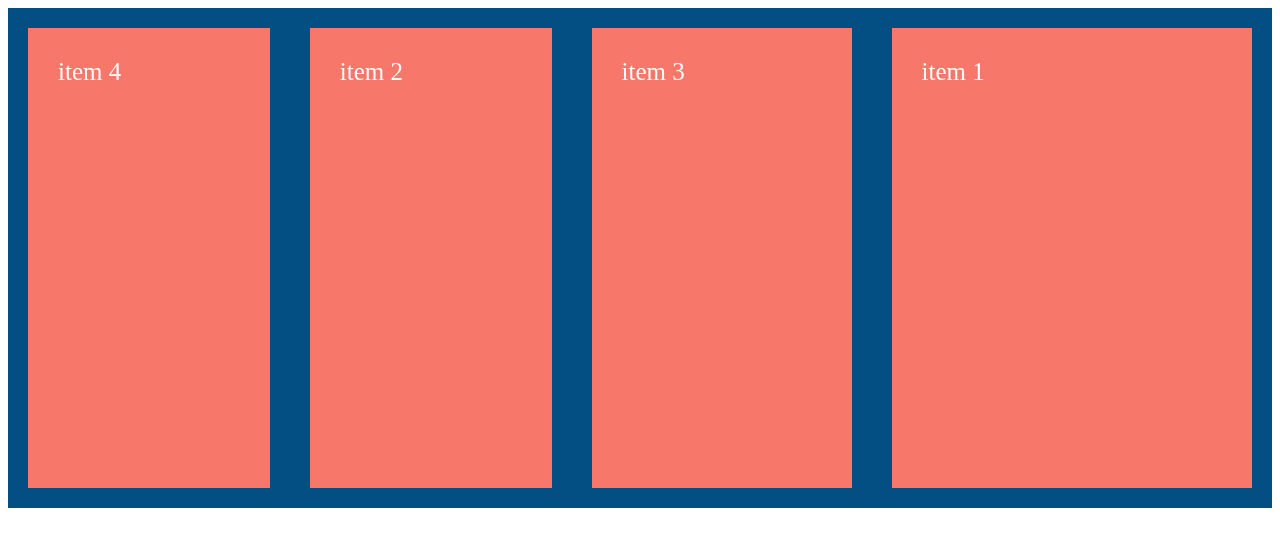
Repository: mehmetbuber38/flex
Page: flex-row-alignment.html
These files come from the project's save history. The page is drawn as it stood at one moment and after the next save; the edit follows.
The browser window is 1280 px wide. The pictures show the whole page.

Above is the page before, as saved 2022-01-31 20:48:20.

After the next save:
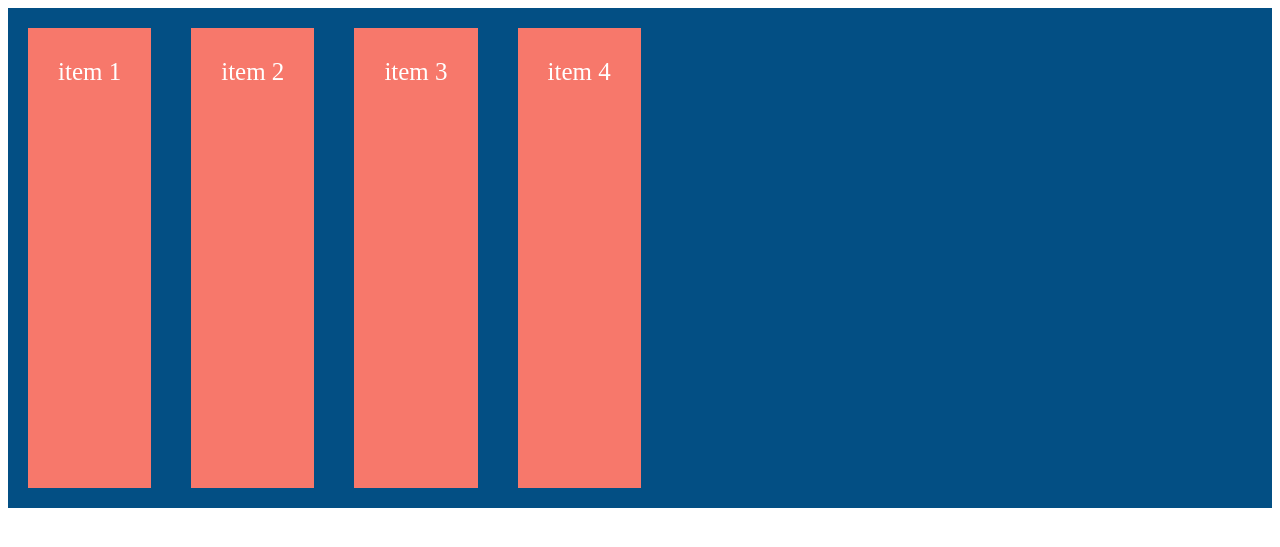
Saved 105 s later.
--- a/flex-row-alignment.html
+++ b/flex-row-alignment.html
@@ -14,36 +14,6 @@
         height: 500px;
         background-color: #034f84;
 
-    }
-
-    .item-1 {
-        order: 3;
-        /*Orderlar ile itemlerin sırasını isteğimiz gibi değiştirebiliriz.*/
-        flex-grow: 2;
-        /*Varsayılandan hariç verilen deger kadar alan kaplar 2ye değer alanı kaplar.*/
-        /* flex: 20%; Sayfanın yüzde 20 si kadar alan kaplar */
-    }
-
-    .item-2 {
-        order: 1;
-        flex-grow: 1;
-        /*1 e değer verilen alanı kaplar. */
-        /* flex: 20%; Sayfanın yüzde 20 si kadar alan kaplar */
-    }
-
-    .item-3 {
-        order: 2;
-        flex-basis: 200px;
-        /*200px lik alan kadar kaplar.*/
-        flex-shrink: 0;
-        /*1 varsayılan oldugu için 200px altına iner fakat 0 olduğunda 200px altına hiçbir şekilde düşmez*/
-        /* flex: 10%; Sayfanın yüzde 10 si kadar alan kaplar */
-    }
-
-    .item-4 {
-        order: -1;
-        flex-grow: 1;
-        /* flex: 50%; Sayfanın yüzde 50 si kadar alan kaplar  */
     }
 
     .item {
